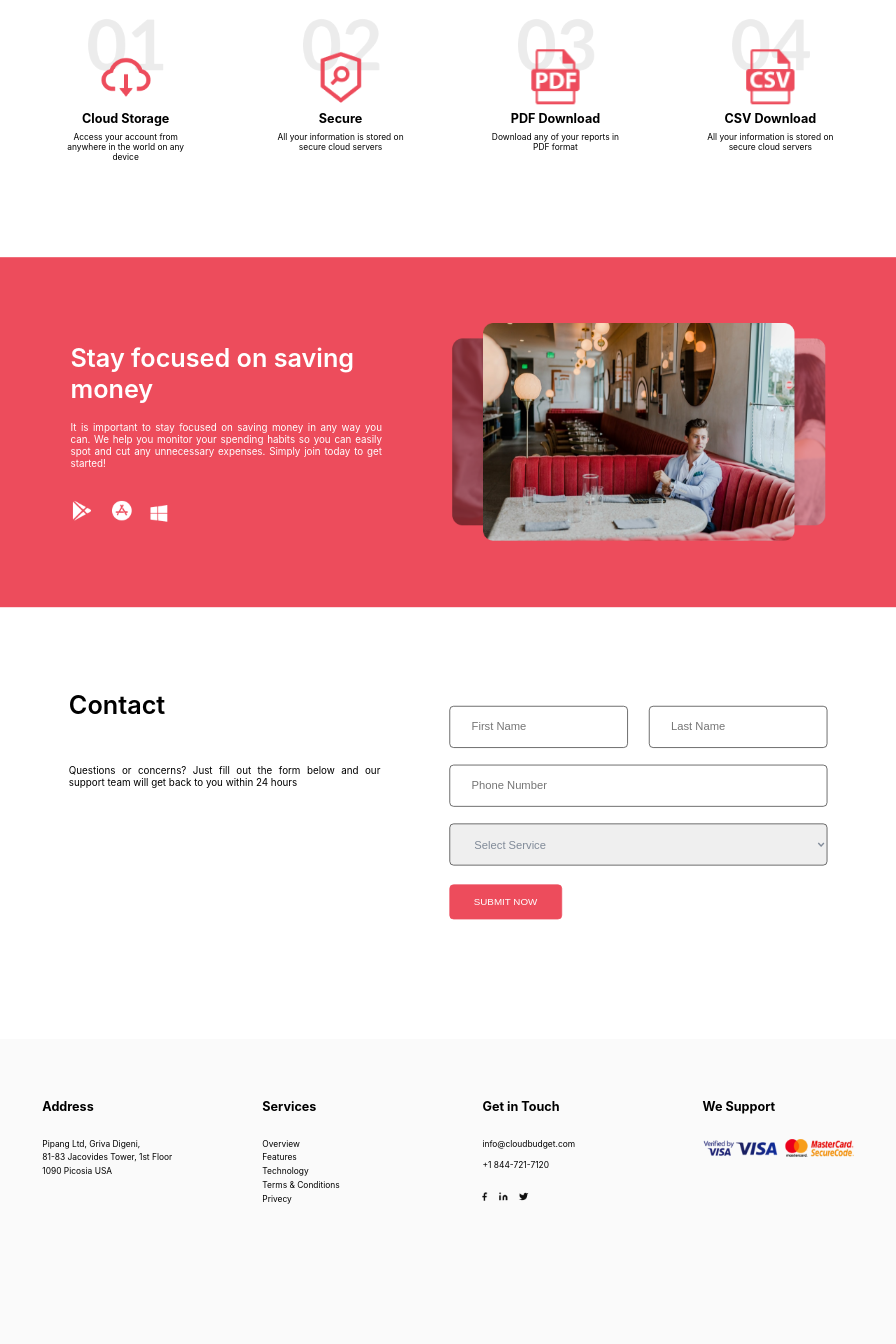
Repository: Ola-22/cloudBudget
Page: /
These files come from the project's save history. The page is drawn as it stood at one moment and after the next save; the edit follows.
The browser window is 1280 px wide. The pictures show the part of the page from y = 2108 to 4028 px (the page is 4028 px tall), at 70% of full size.
The project was rebuilt for these pictures with package versions that can differ from the ones it lists, and the page was loaded fresh each time.

Above is the page before, as saved 2021-09-14 16:55:47.

After the next save:
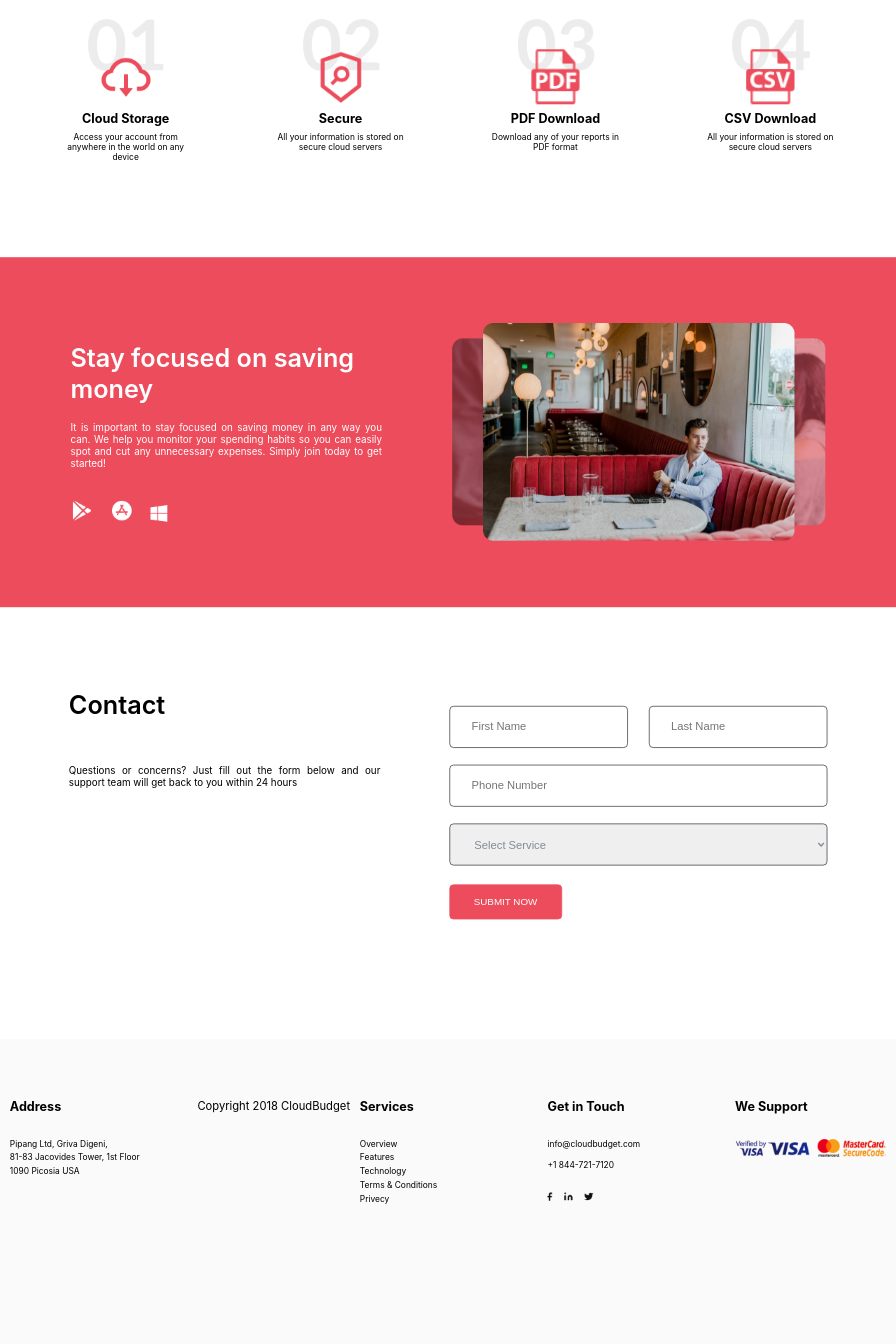
Saved 71 min 12 s later.
--- a/src/Components/Footer/index.jsx
+++ b/src/Components/Footer/index.jsx
@@ -11,6 +11,7 @@
           <li>1090 Picosia USA</li>
         </ul>
       </div>
+      <p>Copyright 2018 CloudBudget</p>
       <div>
         <h3>Services</h3>
         <ul>

After the save that followed:
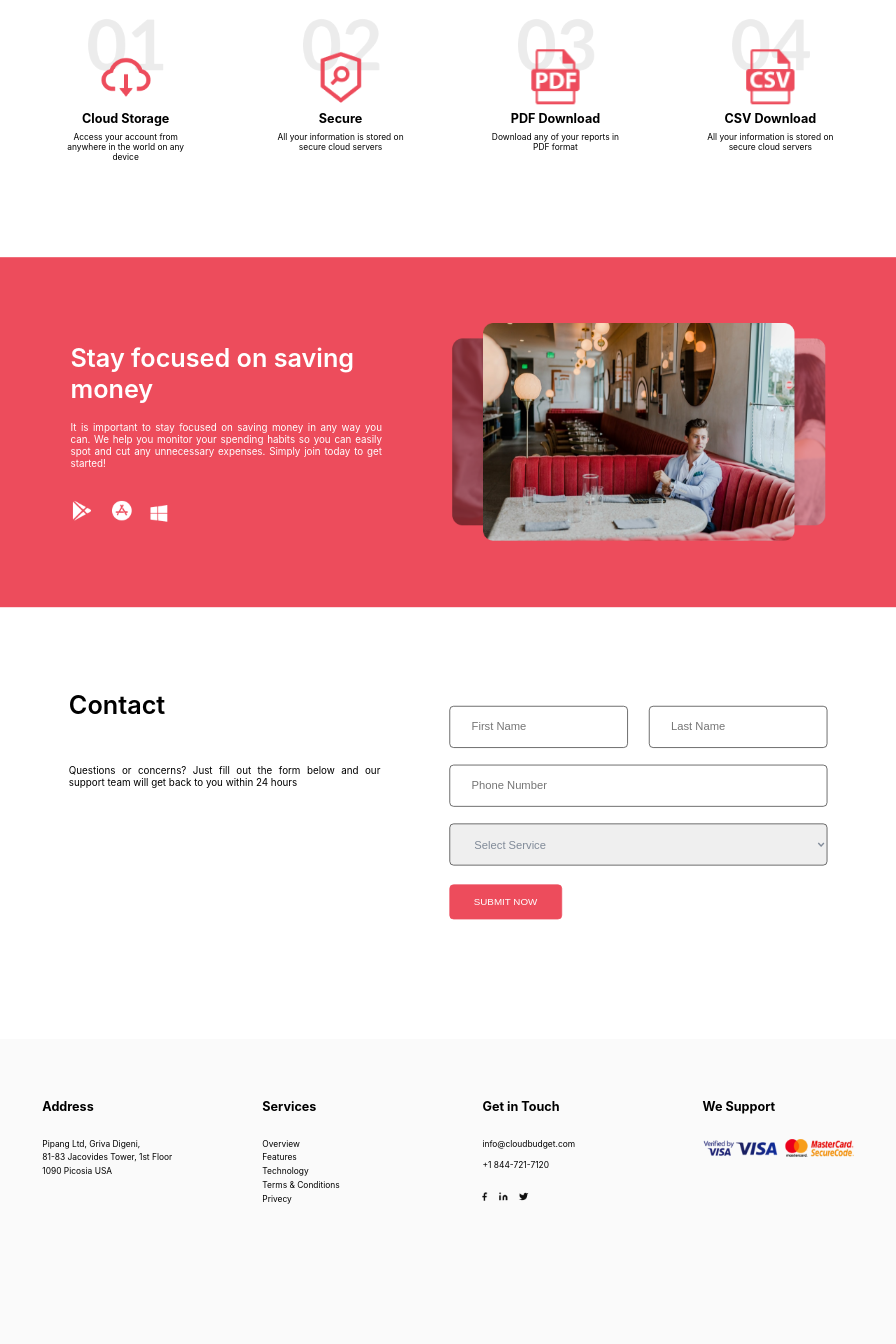
Saved 13 s later.
--- a/src/Components/Footer/index.jsx
+++ b/src/Components/Footer/index.jsx
@@ -11,7 +11,7 @@
           <li>1090 Picosia USA</li>
         </ul>
       </div>
-      <p>Copyright 2018 CloudBudget</p>
+
       <div>
         <h3>Services</h3>
         <ul>
